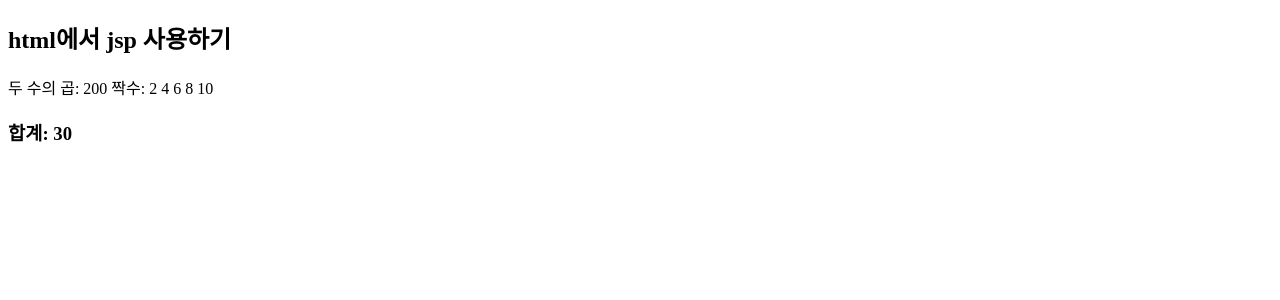
Repository: KyoungHwanJeong/jspworks
Page: http://localhost/jwbook/ch01/scriptlet.jsp
An editor plug-in stored every save of this project. The page is shown before and after the next save, followed by the edit.
The browser window is 1280 px wide. The pictures show the whole page.
The page is served by Tomcat 9. Other server files are loaded and not shown.

Above is the page before, as saved 2023-11-20 02:14:37.

### jwbook/src/main/webapp/ch01/scriptlet.jsp
<%-- --%>

<%@ page language="java" contentType="text/html; charset=UTF-8"
    pageEncoding="UTF-8"%>
<!DOCTYPE html>
<html>
<head>
<meta charset="UTF-8">
<title>스크립트릿 태그</title>
</head>
<body>
	<!-- 자바 영역 -->
	<!-- 스크립트릿 사용하기 -->
	<h2>html에서 jsp 사용하기</h2>
	<%
		int n1 = 10, n2 = 20;
		// 내장 객체 - out.println() 함수 사용
		out.println("두 수의 곱: " + (n1*n2));

		//1부터 10까지 자연수 중에 짝수 출력
		out.println("짝수: ");
		for(int i=1; i<=10; i++){

			if(i%2==0){
				out.println(i);
			}
		}
	%>
	<!-- 출력문(서버측이므로 클라에서는 자바 계산식이 안보인다) -->
	<h3>합계: <%=n1+n2 %></h3>
</body>
</html>

After the next save:
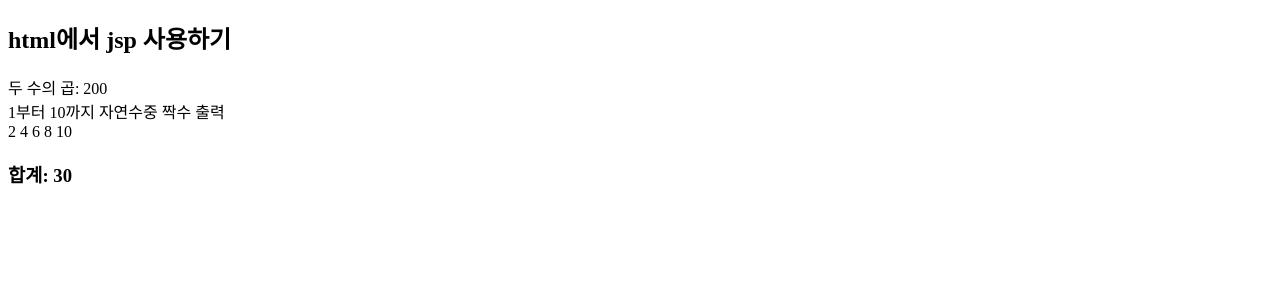
Saved 23 s later.
--- a/jwbook/src/main/webapp/ch01/scriptlet.jsp
+++ b/jwbook/src/main/webapp/ch01/scriptlet.jsp
@@ -18,7 +18,7 @@
 		out.println("두 수의 곱: " + (n1*n2));
 
 		//1부터 10까지 자연수 중에 짝수 출력
-		out.println("짝수: ");
+		out.println("<br>1부터 10까지 자연수중 짝수 출력<br>");
 		for(int i=1; i<=10; i++){
 
 			if(i%2==0){
